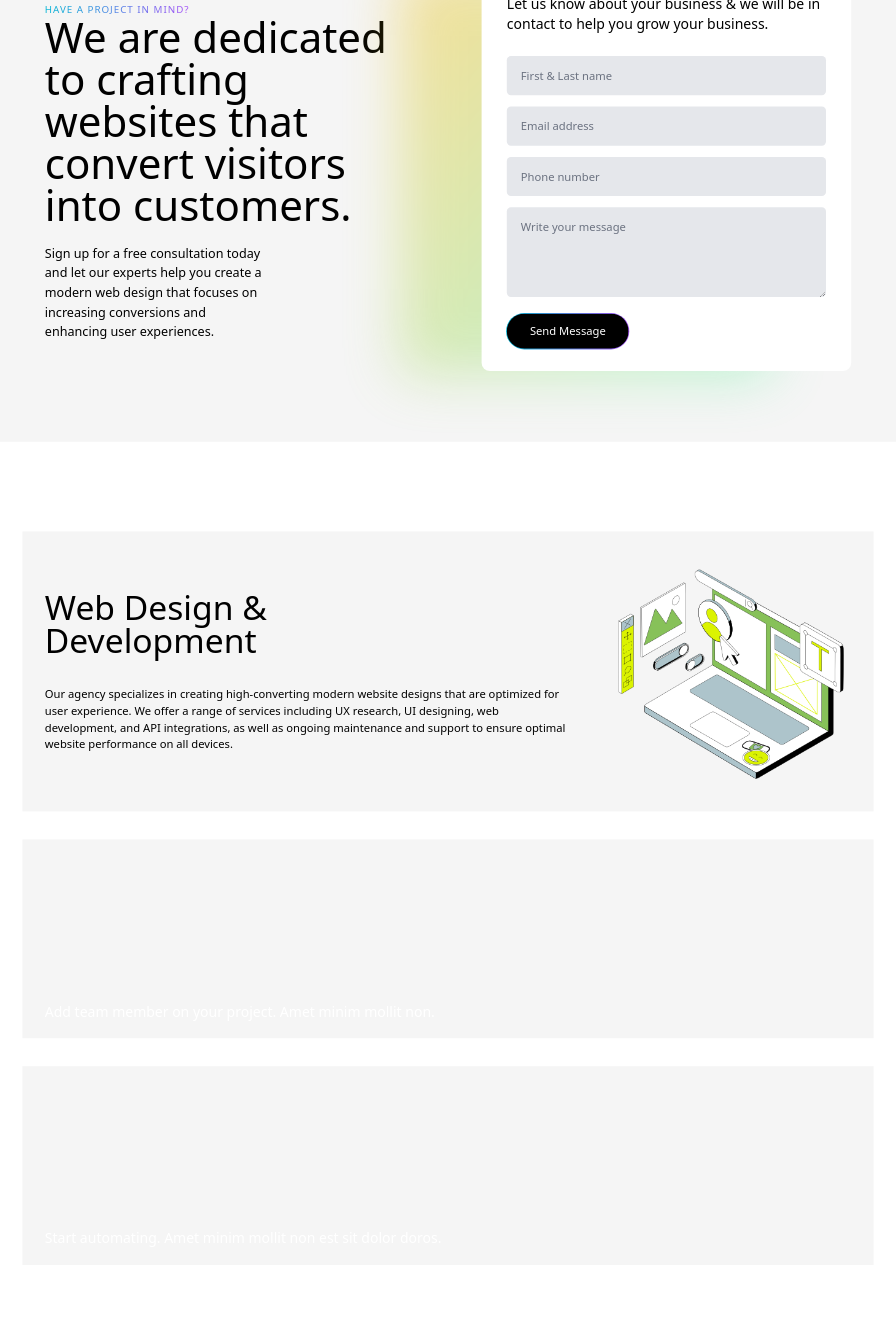
Repository: ornelasedward/mired_website
Page: /
An editor plug-in stored every save of this project. The page is shown before and after a run of saves, followed by the edit.
The browser window is 1280 px wide. The pictures show the part of the page from y = 1403 to 3323 px (the page is 3338 px tall), at 70% of full size.
The project was rebuilt for these pictures with package versions that can differ from the ones it lists, and the page was loaded fresh each time. The framework's server and built-in components were replaced by stand-ins that run in the browser. Also part of the build but not shown: next.config.js.

Above is the page before, as saved 2023-03-28 20:08:57.

After the next 2 saves:
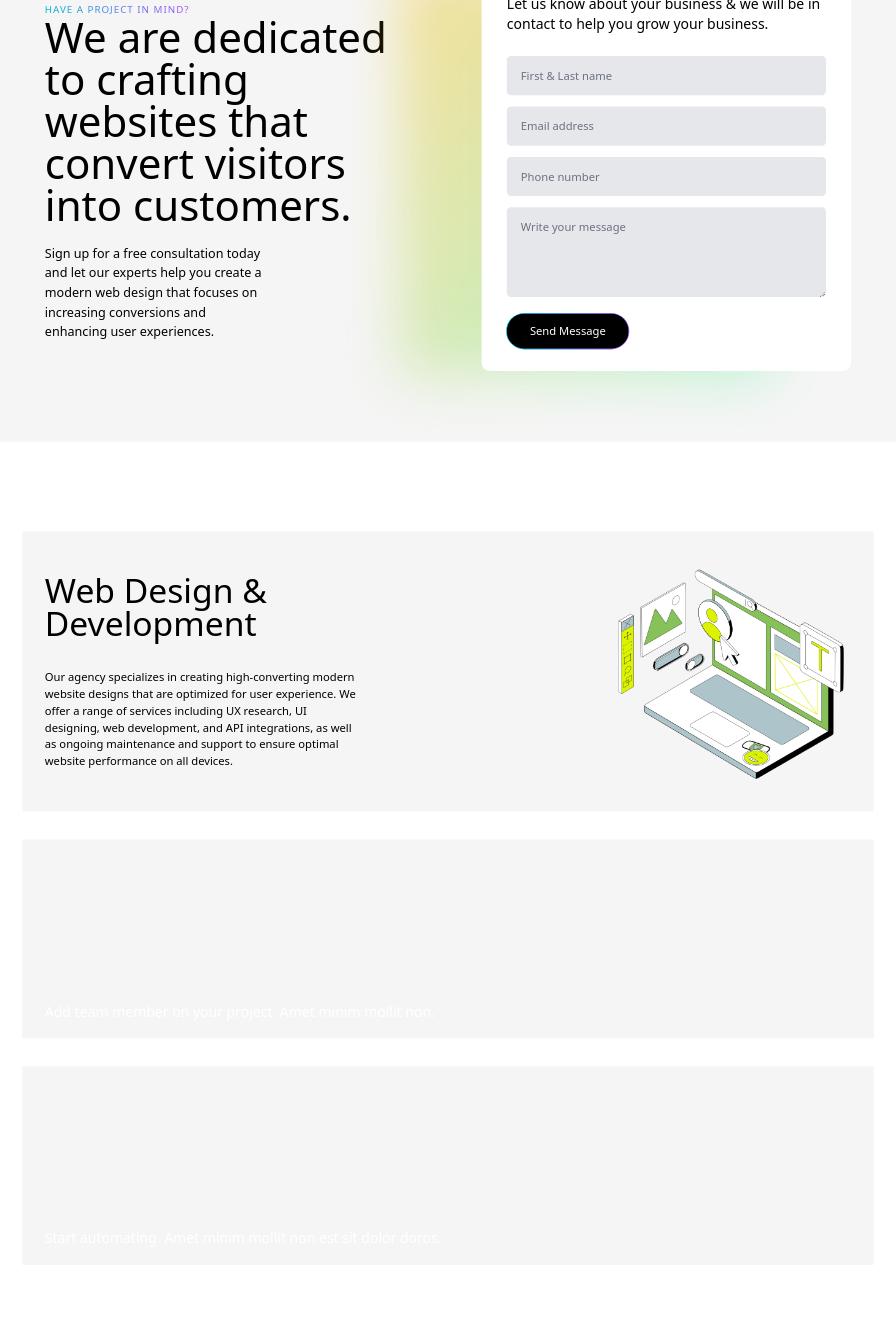
The 2 saves are shown as one change because they came seconds apart.
The last was saved 16 s later.
--- a/components/Services.tsx
+++ b/components/Services.tsx
@@ -9,8 +9,8 @@
           <div className="bg-[#F5F5F5]">
             <div className="grid grid-cols-3">
               <div className="col-span-2 flex items-center">
-                <div className="sm:px-8 flex flex-col lg:gap-10 gap-6">
-                  <h1 className="lg:text-5xl text-4xl font-normal text-black max-w-lg">
+                <div className="sm:px-8 flex flex-col lg:gap-10 gap-6 max-w-lg">
+                  <h1 className="lg:text-5xl text-4xl font-normal text-black">
                     Web Design & Development
                   </h1>
                   <p className="text-md">
